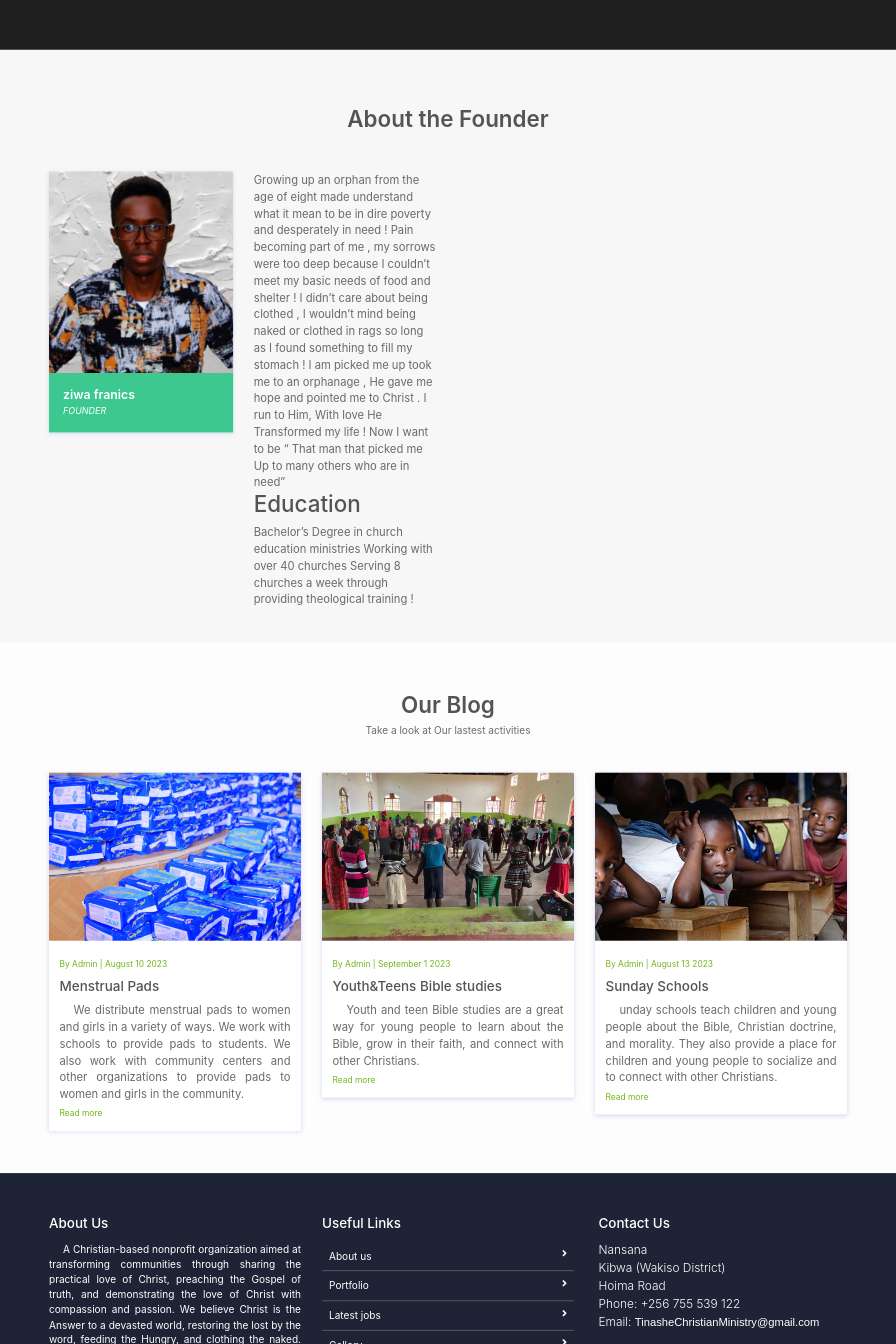
Repository: kluivert-ssali/Zziwa
Page: index.html
The author's editor kept a copy of each file at every save. The page is drawn from the files as they stood at one save, then again after the next save.
The browser window is 1280 px wide. The pictures show the part of the page from y = 3447 to 5367 px (the page is 5654 px tall before and 5590 px after), at 70% of full size.
Pictures or frames that could not be fetched are drawn as grey boxes. Backgrounds fixed to the window are drawn as part of the page.

Above is the page before, as saved 2023-11-27 21:57:23.

After the next save:
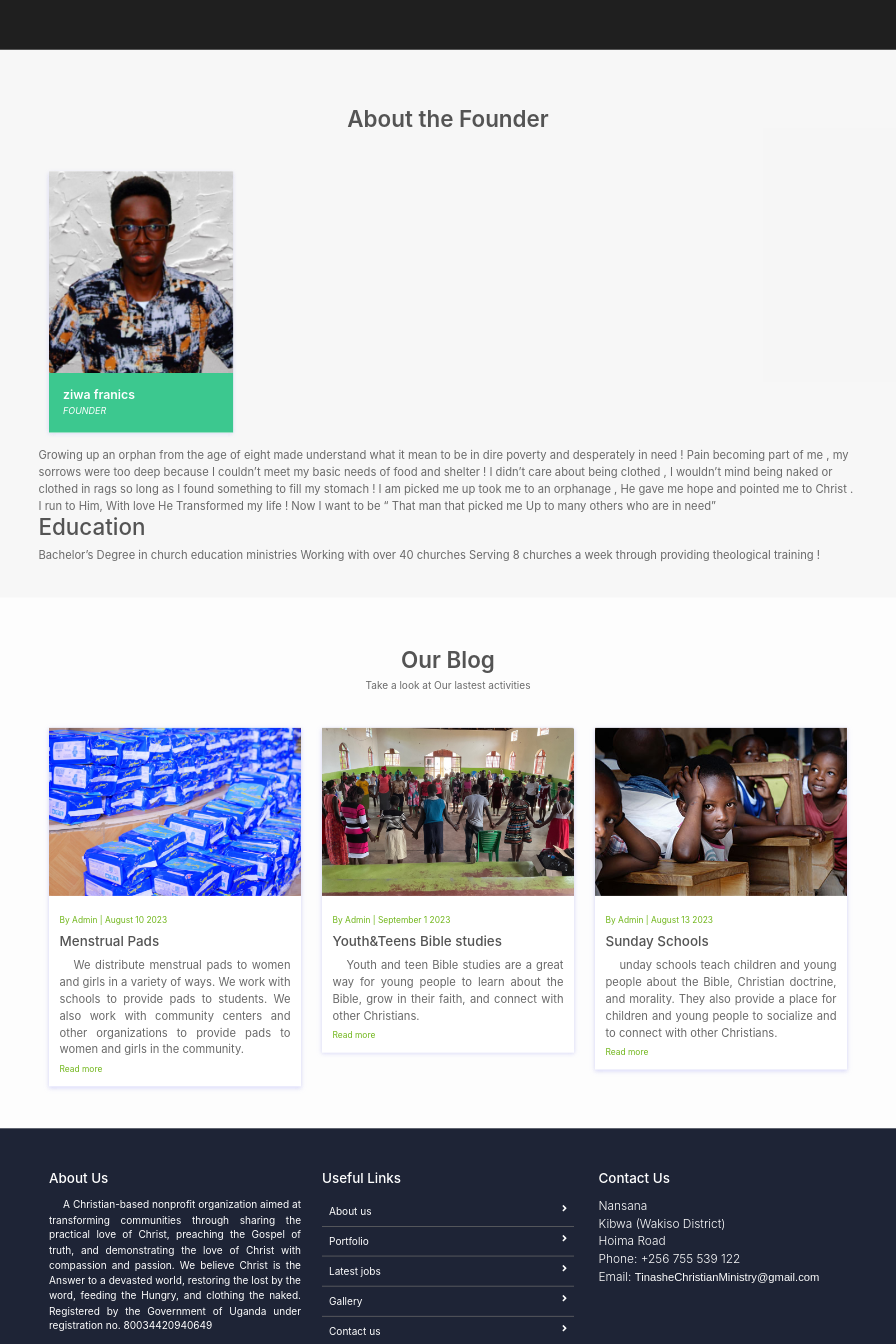
Saved 57 s later.
--- a/index.html
+++ b/index.html
@@ -412,7 +412,7 @@
               </div>
             </div>
           </div> -->
-          <div class="col-md-3 col-sm-6">
+          <div>
             <div>
               <p>
                 Growing up an orphan from the age of eight made understand what
